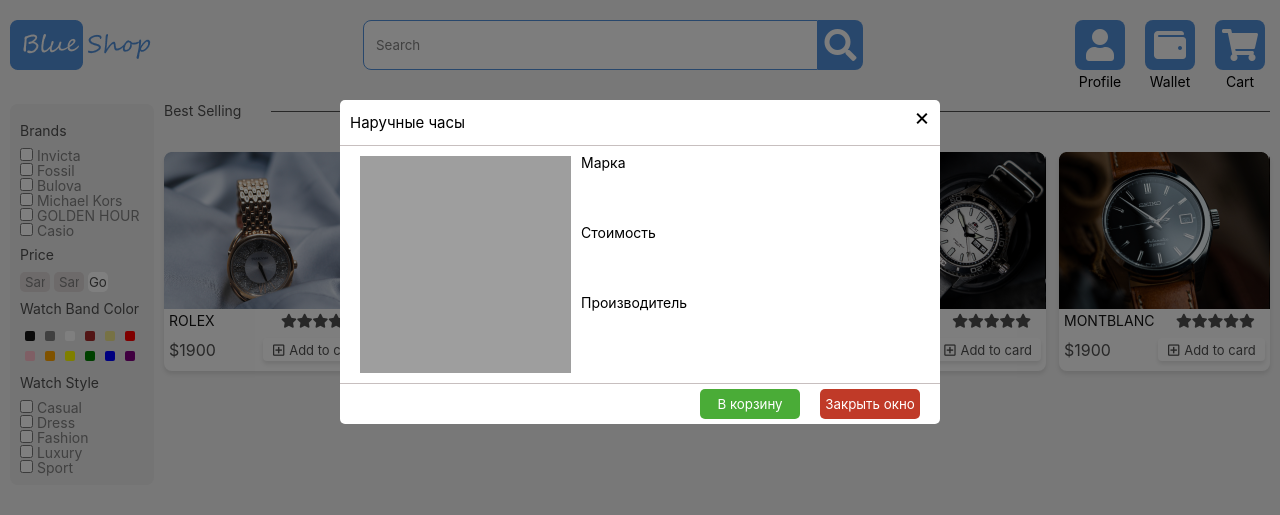
Repository: 5440000/5440000.github.io
Page: My-shop/index.html
An editor plug-in stored every save of this project. The page is shown before and after the next save, followed by the edit.
The browser window is 1280 px wide. The pictures show the window.
Empty fields were first filled with sample values (such as "Sample", 5 or name@example.com).
After loading, the first visible `button.item__buttion` was clicked once.
Pictures or frames that could not be fetched are drawn as grey boxes. A layer covers the whole window, so only the first screen is drawn.

Above is the page before, as saved 2022-04-10 18:10:48.

### My-shop/index.html
<!DOCTYPE html>
<html lang="en">
  <head>
    <meta charset="UTF-8" />
    <meta name="viewport" content="width=device-width, initial-scale=1.0" />
    <link
      rel="stylesheet"
      href="https://cdnjs.cloudflare.com/ajax/libs/font-awesome/5.15.4/css/all.min.css"
      integrity="sha512-1ycn6IcaQQ40/MKBW2W4Rhis/DbILU74C1vSrLJxCq57o941Ym01SwNsOMqvEBFlcgUa6xLiPY/NS5R+E6ztJQ=="
      crossorigin="anonymous"
      referrerpolicy="no-referrer"
    />
    <title>Document</title>
    <link rel="stylesheet" href="css/style.css" />
    <link rel="stylesheet" href="css/modal.css" />
    <link rel="stylesheet" href="css/cart.css" />

    <!-- <link
      href="https://cdn.jsdelivr.net/npm/bootstrap@5.1.3/dist/css/bootstrap.min.css"
      rel="stylesheet"
      integrity="sha384-1BmE4kWBq78iYhFldvKuhfTAU6auU8tT94WrHftjDbrCEXSU1oBoqyl2QvZ6jIW3"
      crossorigin="anonymous"
    /> -->
  </head>
  <body>
    <div class="header">
      <header class="header__container">
        <div class="header__logo">
          <img src="./img/Logo.png" alt="" />
        </div>
        <div class="search">
          <form class="form" action="#">
            <input
              class="form__ínput-area input__search"
              type="text"
              name=""
              value="Search"
            />
            <button class="form__button" type="submit">
              <i class="fas fa-search"></i>
            </button>
          </form>
        </div>
        <div class="nav">
          <div class="list-button">
            <div class="list-button__item-wrapper">
              <div class="list-button__profile list-button__item">
                <i class="fas fa-user"></i>
              </div>
              <span class="list-button__subtitle">Profile</span>
            </div>
            <div class="list-button__item-wrapper">
              <div class="list-button__wallet list-button__item">
                <i class="fas fa-wallet"></i>
              </div>
              <span class="list-button__subtitle">Wallet</span>
            </div>
            <div class="list-button__item-wrapper" id="button-cart">
              <div class="list-button__cart list-button__item">
                <i class="fas fa-shopping-cart"></i>
              </div>

              <span class="list-button__subtitle">Cart</span>
              <div class="modal-cart__overlay" data-close="true">
                <div class="modal-cart__window">
                  <div class="modal-cart__header">
                    <div class="modal-cart__title">Корзина покупок</div>
                    <div class="modal-cart__close">&times;</div>
                  </div>
                  <div class="modal-cart__content">
                    <div class="modal-cart__img"></div>
                    <div class="modal-cart__good-info">
                      <div class="modal-cart__good-name">Марка ${name}</div>
                      <div class="modal-cart__price">
                        Стоимость товара ${price} ${currancy}
                      </div>
                      <div class="modal-cart__made-in">
                        Производитель ${madein}
                      </div>
                    </div>
                  </div>
                  <div class="footer">
                    <button class="modal-cart__buttion" data-close="true">
                      Вернуться к товарам
                    </button>
                    <button class="modal-cart__buttion-buy">
                      Оформить покупку
                    </button>
                  </div>
                </div>
              </div>
            </div>
          </div>
        </div>
      </header>
    </div>
    <section class="main">
      <div class="main__container">
        <div class="side-bar">
          <div class="brands div-sidebar">
            <div class="side-bar-title">Brands</div>
            <div class="brands__check-box">
              <div>
                <input
                  type="checkbox"
                  id="coding"
                  name="interest"
                  value="coding"
                />
                <label for="coding">Invicta</label>
              </div>
              <div>
                <input
                  type="checkbox"
                  id="music"
                  name="interest"
                  value="music"
                />
                <label for="music">Fossil</label>
              </div>
              <div>
                <input type="checkbox" id="art" name="interest" value="art" />
                <label for="art">Bulova</label>
              </div>
              <div>
                <input
                  type="checkbox"
                  id="sports"
                  name="interest"
                  value="sports"
                />
                <label for="sports">Michael Kors</label>
              </div>
              <div>
                <input
                  type="checkbox"
                  id="cooking"
                  name="interest"
                  value="cooking"
                />
                <label for="cooking">GOLDEN HOUR</label>
              </div>
              <div>
                <input
                  type="checkbox"
                  id="other"
                  name="interest"
                  value="other"
                />
                <label for="other">Casio</label>
              </div>
            </div>
          </div>

          <div class="price div-sidebar">
            <div class="side-bar-title">Price</div>
            <form class="price__form" action="">
              <input class="price__input" type="text" name="" value="" />
              <input class="price__input" type="text" name="" value="" />

              <button id="price__button" class="price__button" type="submit">
                Go
              </button>
            </form>
          </div>
          <div class="colors div-sidebar">
            <div class="colors__title side-bar-title">Watch Band Color</div>
            <div class="wrapper-colors">
              <div class="wrapper-colors__black color"></div>
              <div class="wrapper-colors__grey color"></div>
              <div class="wrapper-colors__white color"></div>
              <div class="wrapper-colors__brown color"></div>
              <div class="wrapper-colors__kashmir color"></div>
              <div class="wrapper-colors__red color"></div>
              <div class="wrapper-colors__pink color"></div>
              <div class="wrapper-colors__orange color"></div>
              <div class="wrapper-colors__yellow color"></div>
              <div class="wrapper-colors__green color"></div>
              <div class="wrapper-colors__blue color"></div>
              <div class="wrapper-colors__purple color"></div>
            </div>
          </div>
          <div class="Style div-sidebar">
            <div class="side-bar-title">Watch Style</div>
            <div>
              <input
                type="checkbox"
                id="coding"
                name="interest"
                value="coding"
              />
              <label for="coding">Casual</label>
            </div>
            <div>
              <input type="checkbox" id="music" name="interest" value="music" />
              <label for="music">Dress</label>
            </div>
            <div>
              <input type="checkbox" id="art" name="interest" value="art" />
              <label for="art">Fashion</label>
            </div>
            <div>
              <input
                type="checkbox"
                id="sports"
                name="interest"
                value="sports"
              />
              <label for="sports">Luxury</label>
            </div>
            <div>
              <input
                type="checkbox"
                id="cooking"
                name="interest"
                value="cooking"
              />
              <label for="cooking">Sport</label>
            </div>
          </div>
        </div>
        <div id="shop">
          <!-- <div class="banner"></div> -->
          <div class="shop__separator separator">
            <div class="separator__title">Best Selling</div>
          </div>
          <div id="list_goods">
            <!-- <div class="shop__list-items shop__list-items--for-3items">
                <div class="item">
                  <div class="item__image item__image--seiko"></div>
                  <div class="item__discription-container">
                    <div class="item__name item-size">SEIKO</div>
                    <div class="item__raiting item-size">
                      <i class="fas fa-star"></i>
                      <i class="fas fa-star"></i>
                      <i class="fas fa-star"></i>
                      <i class="fas fa-star"></i>
                      <i class="fas fa-star"></i>
                    </div>
                    <div class="item__price item-size">$1070</div>
                    <div class="item__button item-size">
                      <button class="item__buttion">
                        <i class="far fa-plus-square"></i>Add to card
                      </button>
                    </div>
                  </div>
                </div>
                <div class="item">
                  <div class="item__image item__image--orient"></div>
                  <div class="item__discription-container">
                    <div class="item__name item-size">ORIENT</div>
                    <div class="item__raiting item-size">
                      <i class="fas fa-star"></i>
                      <i class="fas fa-star"></i>
                      <i class="fas fa-star"></i>
                      <i class="fas fa-star"></i>
                      <i class="fas fa-star"></i>
                    </div>
                    <div class="item__price item-size">$160</div>
                    <div class="item__button item-size">
                      <button class="item__buttion">
                        <i class="far fa-plus-square"></i>Add to card
                      </button>
                    </div>
                  </div>
                </div>
                <div class="item">
                  <div id ="aaa" class="item__image item__image--rolex"></div>
                  <div class="item__discription-container">
                    <div class="item__name item-size">ROLEX</div>
                    <div class="item__raiting item-size">
                      <i class="fas fa-star"></i>
                      <i class="fas fa-star"></i>
                      <i class="fas fa-star"></i>
                      <i class="fas fa-star"></i>
                      <i class="fas fa-star"></i>
                    </div>
                    <div class="item__price item-size">$1700</div>
                    <div class="item__button item-size">
                      <button id="start" class="item__buttion">
                        <i class="far fa-plus-square"></i>Add to card
                      </button>
                    </div>
                  </div>
                </div>
              </div> -->
            <!-- </div>
            <div class="little-banner"></div> -->
          </div>
        </div>
      </div>
    </section>

    <!-- корзина
    <div class="modal-cart__overlay" data-close="true">
      <div class="modal-cart__window">
        <div class="modal-cart__header">
          <div class="title">Корзина покупок</div>
          <div class="modal-cart__close">&times;</div>
        </div>
        <div class="modal-cart__content">
          <div class="modal-cart__img" data-close="true">${img}</div>
          <div class="modal-cart__good-info">
            <div class="modal-cart__good-name">Марка ${name}</div>
            <div class="modal-cart__price">Стоимость товара ${price} ${currancy}</div>
            <div class="modal-cart__made-in">Производитель ${madein}</div>
          </div>
        </div>
        <div class="footer">
          <button class="modal-cart" data-close="true">Вернуться к товарам</button>
          <button class="modal-cart__buttion-buy">Оформить покупку</button>
        </div>

      </div>
    </div>
корзина выше -->
    <div class="vmodal" id="vmodal">
      <div class="modal-overlay">
        <div class="modal-window" style="width: 600px">
          <div class="modal-header">
            <span class="modal-title">
              Наручные часы <span id="good_title"></span
            ></span>
            <span class="modal-close" id="modal_close">&times;</span>
          </div>
          <div class="modal-body">
            <div
              class="modal-body-img"
              id="good_image"
              style="background-image: url(${img})"
            ></div>
            <div class="modal-good-info">
              <div class="price">
                Марка
                <b id="good_mark"></b> <br /><br /><br /><br /><br />
                Стоимость
                <b>
                  <span id="good_price"></span> <span id="good_currency"></span>
                </b>
                <br /><br /><br /><br /><br />
                Производитель <b id="good_madein"></b>
              </div>
            </div>
          </div>

          <div class="modal-footer">
            <button id="btn-to-cart" class="modal-btn modal-btn-add-in-cart">
              В корзину
            </button>
            <button class="modal-btn modal-btn-close" data-close="true">
              Закрыть окно
            </button>
          </div>
        </div>
      </div>
    </div>

    <script src="./bases.js"></script>
    <script src="./modal.js"></script>
    <script src="./cart.js"></script>
    <script src="./index.js"></script>
    <!-- <script src="./script.js"></script> -->
  </body>
</html>

### My-shop/css/modal.css


.modal-overlay {
    top: 0;
    left: 0;
    right: 0;
    bottom: 0;
    background-color: rgba(0, 0, 0, .5);
    position: fixed;
 }
.modal-window {
    /* display: flex;
    justify-content: center;
    flex-direction: column;
    align-items: center; */
    width: 500px;
    border-radius: 5px;
    background: #fff;
    margin: 100px auto;
 }
.modal-header {padding: 5px 10px;
    display: flex;
    justify-content: space-between;
    border-bottom: 1px solid rgb(199, 191, 191);


 }
.modal-title {
    font-size: 15px;
    padding: 10px 0px;
    padding-left: 0px;

}
.modal-close {
    cursor: pointer;
    font-size: 24px;
}

.modal-footer {
    padding: 5px 10px;
    display: flex;
    justify-content: end;
    border-top: 1px solid rgb(199, 191, 191);
 }

 .modal-body {
     display: flex;
     margin: 10px;
 }


 .modal-body-img {
    height: 217px;
    width: 211px;
    background-repeat: no-repeat;
    background-size: cover;
    background-position: center;
    margin-left: 10px;
 }

 .modal-good-info {
     display: flex;
     flex-direction: column;
     margin-left: 10px;
 }

 .price {
     white-space: nowrap;
 }


 .vmodal.open .modal-overlay,
 .vmodal.open .modal-window {
     opacity: 1;
     z-index: 1000;
 }

 .modal-overlay, .modal-window {
    opacity: 0;
    z-index: -1000;

 }

.modal-btn {
    width: 100px;
    height: 30px;
    border-radius: 5px;
    margin: 0 10px;
    color: #fff;



}

.modal-btn-add-in-cart {
    background-color: rgb(74, 172, 55);
    color: #fff;
}
.modal-btn-close {
    background-color: rgb(192, 58, 40);
 }

### My-shop/css/cart.css


.modal-cart__overlay {
    top: 0;
    left: 0;
    right: 0;
    bottom: 0;
    background-color: rgba(0, 0, 0, .5);
    position: fixed;
 }
.modal-cart__window {
    /* display: flex;
    justify-content: center;
    flex-direction: column;
    align-items: center; */
    width: 500px;
    border-radius: 5px;
    background: #fff;
    margin: 100px auto;
 }
.modal-cart__header {padding: 5px 10px;
    display: flex;
    justify-content: space-between;
    border-bottom: 1px solid rgb(199, 191, 191);


 }
 .moda-cart__title{
    font-size: 15px;
    padding: 10px 0px;
    padding-left: 0px;

}
.modal-cart__close {
    cursor: pointer;
    font-size: 24px;
}

.modal-cart__footer {
    padding: 5px 10px;
    display: flex;
    justify-content: end;
    border-top: 1px solid rgb(199, 191, 191);
 }

 .modal-body {
     display: flex;
     margin: 10px;
 }


 .modal-body-img {
    height: 217px;
    width: 211px;
    background-repeat: no-repeat;
    background-size: cover;
    background-position: center;
    margin-left: 10px;
 }

 .modal-cart-content {
     display: flex;
     flex-direction: column;
     margin-left: 10px;
 }

 .price {
     white-space: nowrap;
 }


 .modal-cart.open .modal-overlay,
 .modal-cart.open .modal-window {
     opacity: 1;
     z-index: 1000;
 }

 .modal-cart__overlay, .modal-cart__window {
     display: none;
    opacity: 1;
    z-index: 1000;

 }

.modal-cart__btn {
    width: 100px;
    height: 30px;
    border-radius: 5px;
    margin: 0 10px;
    color: #fff;



}

.modal-btn-close {
    background-color: rgb(192, 58, 40);
 }


 /* <div class="modal-cart__overlay" data-close="true">
        <div class="modal-cart__window">
            <div class="modal-cart__header">
                <div class="moda-cart__title">Корзина покупок</div>
                <div class="modal-cart__close">&times;</div>
            </div>
            <div class="modal-cart__content">
                <div class="modal-cart__img" data-close="true">${img}</div>
                <div class="modal-cart__good-info">
                    <div class="modal-cart__good-name">Марка ${name }</div>
                    <div class="modal-cart__price">Стоимость товара ${price } ${currancy}</div>
                    <div class="modal-cart__made-in">Производитель ${madein}</div>
                </div>
            </div>
            <div class="footer">
                <button class="modal-cart__bu" data-close="true">Вернуться к товарам</button>
                <button class="modal-cart__buttion-buy">Оформить покупку</button>
            </div>

        </div>
</div> */

### My-shop/index.js
const shop = document.getElementById("shop");
const banner = document.createElement("div");
banner.classList.add("banner");
const theFirstChild = shop.firstChild;
console.log(theFirstChild);
shop.insertBefore(banner, theFirstChild);
// __________________________________________________________банер

// ________________________________________________________________Noda модальное окно и листенер на корзину
const _createModal = ({ img, name, price, currancy, madein }) => {
  const modal = document.getElementById("vmodal");
  modal.classList.add("open");

  document.body.appendChild(modal);
  const modalClose = document.getElementById("modal_close");
  modalClose.addEventListener("click", () => {
    modal.classList.remove("open");
  });

  const buttonCart = document.getElementById("btn-to-cart"); //кнопка добавить в корзину
  buttonCart.addEventListener("click", () => {
    savedGoodToLocalStorage({ img, name, price, currancy, madein });
  });
};

const showModalCart = () => {
  const savedGoods = window.localStorage.getItem("goods"); //строка в виде массива обьектов (JSON - тип данных)
  const goods = JSON.parse(savedGoods); // массив сохраненных товаров в виде
};

const savedGoodToLocalStorage = (good) => {
  const savedGoods = window.localStorage.getItem("goods");
  console.log(savedGoods);
};
// ______________________________________________________начало действий

const arrItems = [
  {
    id: 0,
    img: "./img/01.png",
    name: "MONTBLANC",
    price: 1900,
    currancy: "$",
    madein: "Belaurs",
  },
  {
    id: 1,
    img: "./img/02.png",
    name: "SEIKO",
    price: 1200,
    currancy: "$",
    madein: "Belarus",
  },
  {
    id: 2,
    img: "./img/03.png",
    name: "ORIENT",
    price: 1000,
    currancy: "$",
    madein: "Belarus",
  },
  {
    id: 3,
    img: "./img/04.png",
    name: "SWAROVSKI",
    price: 1900,
    currancy: "$",
    madein: "Belarus",
  },
  {
    id: 4,
    img: "./img/05.png",
    name: "ROLEX",
    price: 1900,
    currancy: "$",
    madein: "Belarus",
  },
];

const createGood = ({ id, img, name, price, currancy }) => {
  //описываю функцию передающую в див данные из обьекта массива
  const listGoods = document.getElementById("list_goods");
  listGoods.insertAdjacentHTML(
    "afterbegin",
    `<div class="item" >
      <div class="item__image" style="background-image:url(${img})"></div>
        <div class="item__discription-container">
          <div class="item__name item-size">${name}</div>
            <div class="item__raiting item-size">
              <i class="fas fa-star"></i>
              <i class="fas fa-star"></i>
              <i class="fas fa-star"></i>
              <i class="fas fa-star"></i>
              <i class="fas fa-star"></i>
            </div>
          <div class="item__price item-size">${currancy}${price}</div>
        <div class="item__button item-size">
          <button class="item__buttion" data-id="${id}">
            <i class="far fa-plus-square"></i>Add to card
          </button>
        </div>
      </div>
  </div>`
  );
};

const parsArr = (arr) => {
  arr.forEach((item) => {
    createGood(item);
  });
};
// console.log(createGood)
// ________________________________________________________________________ Корзина
const openCart = ({ img, name, price, currancy, madein }) => {
  const modalCart = document.createElement("div");
  modalCart.classList.add("modal-cart");
  modalCart.insertAdjacentHTML(
    "afterbegin",
    `

    `
  );

  document.body.appendChild(modalCart);
  console.log(modalCart);

  return modalCart;
};
// _________________________________________________________________________________________________________

parsArr(arrItems);

const arrButtons = document.querySelectorAll(".item__buttion"); //список всех кнопок с классом buttion

arrButtons.forEach((iButton) => {
  //для каждой кнопки из списка
  iButton.addEventListener("click", (chooseElement) => {
    //повесить прослушку
    const goodId = chooseElement.target.dataset.id; //определяю айди у кнопки
    _createModal(arrItems[goodId]); //задаю переменной modal значение айди на который кликнули и передаю его в метод modal обекта доллар
  });
});

Loaded but not shown: My-shop/modal.js (6 lines, source omitted); My-shop/css/style.css (447 lines, source omitted); My-shop/bases.js (no stored copy; drawn as an empty file); My-shop/cart.js (empty)

After the next save:
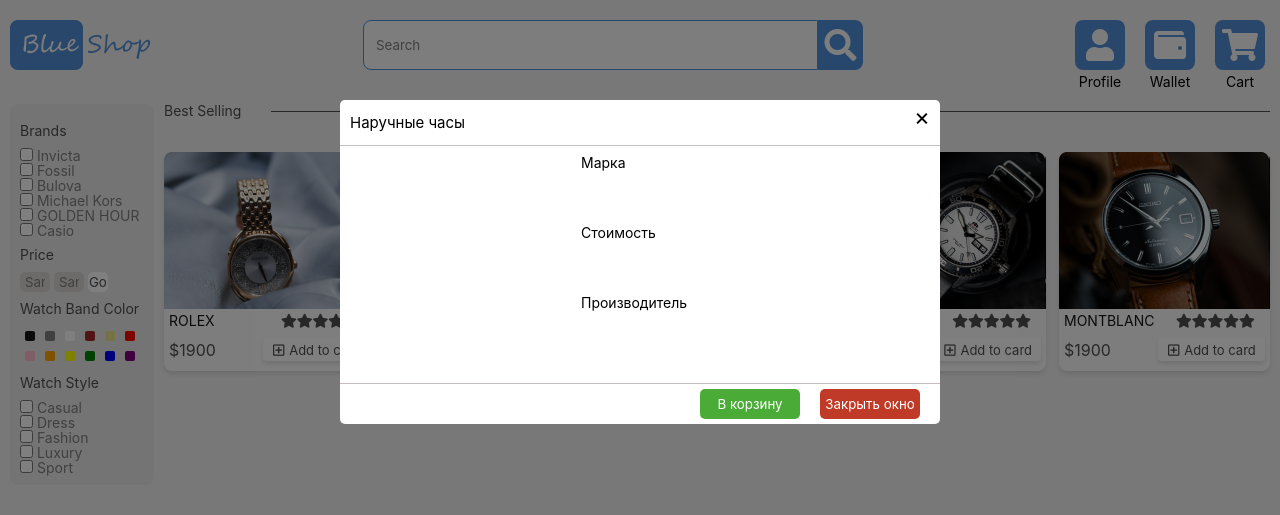
Saved 77 s later.
--- a/My-shop/index.js
+++ b/My-shop/index.js
@@ -10,6 +10,9 @@
 const _createModal = ({ img, name, price, currancy, madein }) => {
   const modal = document.getElementById("vmodal");
   modal.classList.add("open");
+
+  const goodImage = document.getElementById("good_image")
+  goodImage.style = ``
 
   document.body.appendChild(modal);
   const modalClose = document.getElementById("modal_close");
